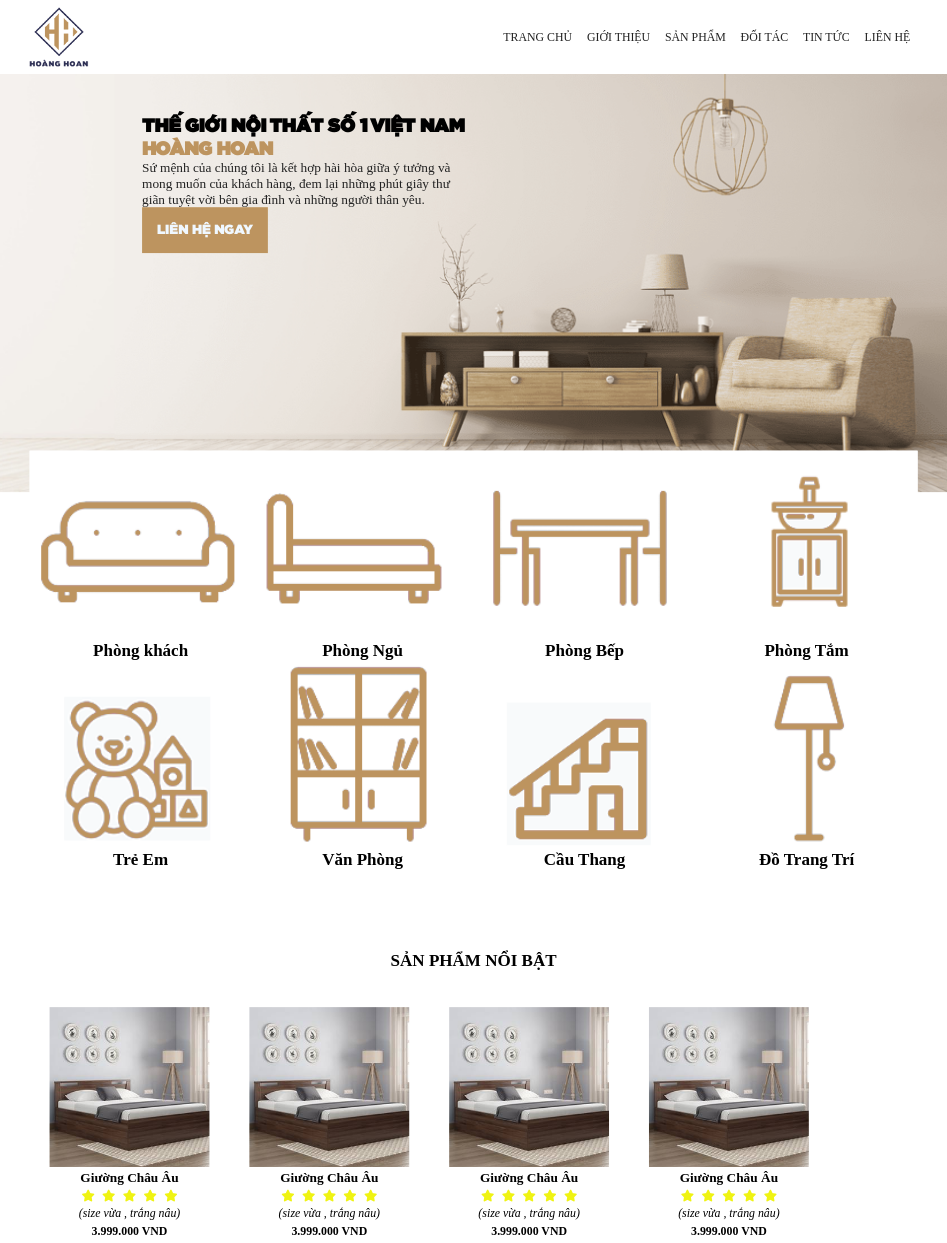
Repository: LDDUNG2003/front_end
Page: index.html
An editor plug-in stored every save of this project. The page is shown before and after the next save, followed by the edit.
The browser window is 1280 px wide. The pictures show the whole page, at 74% of full size.
Some web libraries are served in a nearby version.

Above is the page before, as saved 2023-08-28 23:04:58.

After the next save:
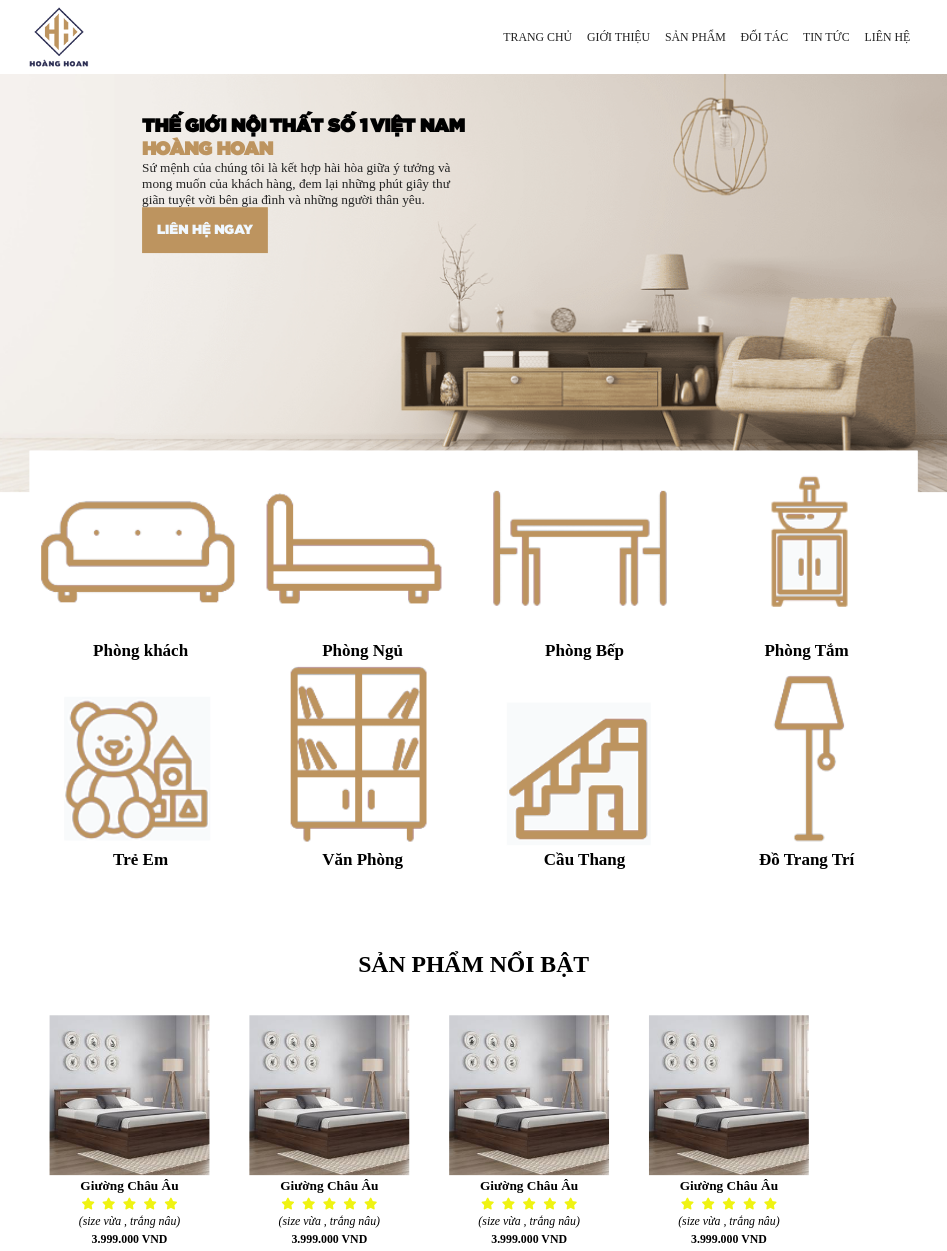
Saved 5 s later.
--- a/public/css/home.css
+++ b/public/css/home.css
@@ -80,7 +80,7 @@
 }
 
 .content--title {
-    font-size: 23px;
+    font-size: 32px;
     padding: 50px 0px;
     text-align: center;
     position: relative;
